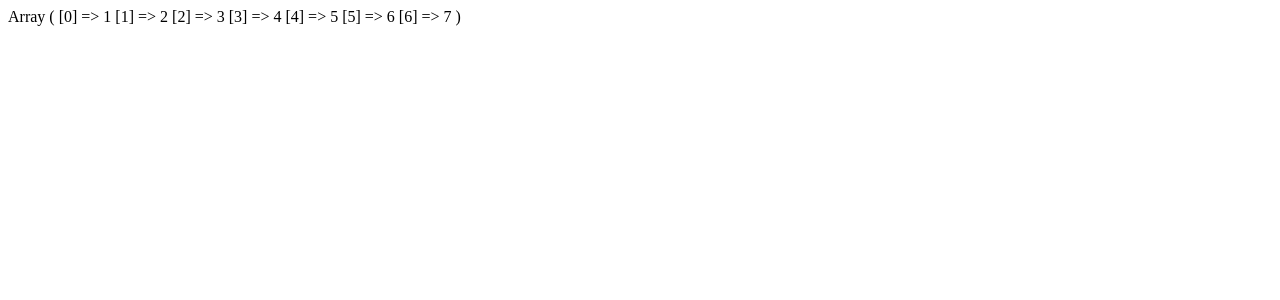
Repository: wangying713/algo
Page: http://localhost/test/0221/BubbleSort.php
An editor plug-in stored every save of this project. The page is shown before and after the next save, followed by the edit.
The browser window is 1280 px wide. The pictures show the whole page.
The page is run by PHP 8.4 with error messages shown; the project is at /var/www/html/.

Above is the page before, as saved 2020-02-21 23:18:04.

After the next save:
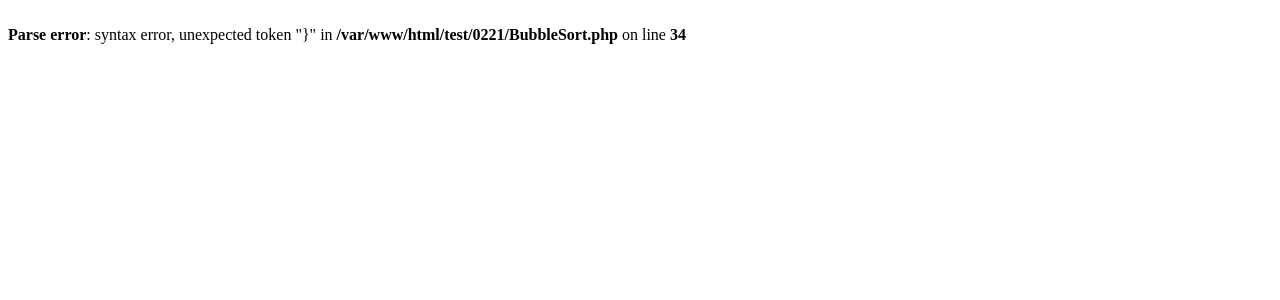
Saved 49 s later.
--- a/test/0221/BubbleSort.php
+++ b/test/0221/BubbleSort.php
@@ -18,6 +18,7 @@
 {
     $count = count($nums);
 
+    $lastBorder = 0;
     $borderSort = $count - 1;
     for ($i = 0; $i < $count; $i++) {
 
@@ -29,7 +30,7 @@
                 $nums[$j] = $nums[$j + 1];
                 $nums[$j + 1] = $tmp;
                 $swap = true;
-
+                $last
             }
         }
 

After the save that followed:
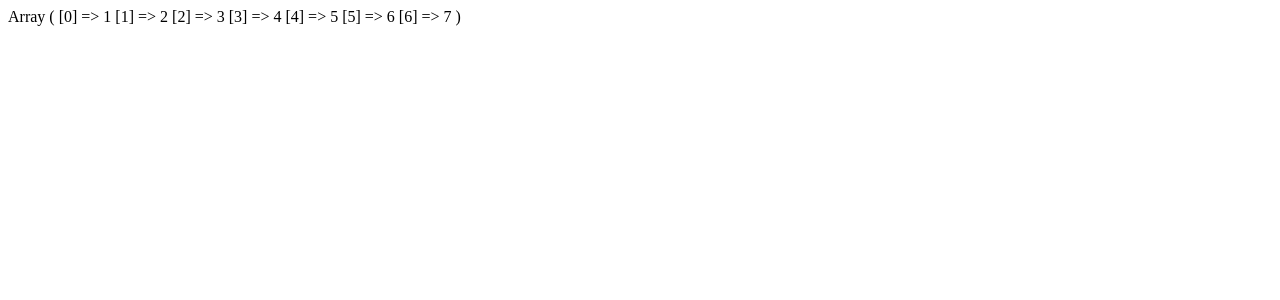
Saved 10 s later.
--- a/test/0221/BubbleSort.php
+++ b/test/0221/BubbleSort.php
@@ -30,7 +30,7 @@
                 $nums[$j] = $nums[$j + 1];
                 $nums[$j + 1] = $tmp;
                 $swap = true;
-                $last
+                $lastBorder = $j;
             }
         }
 
